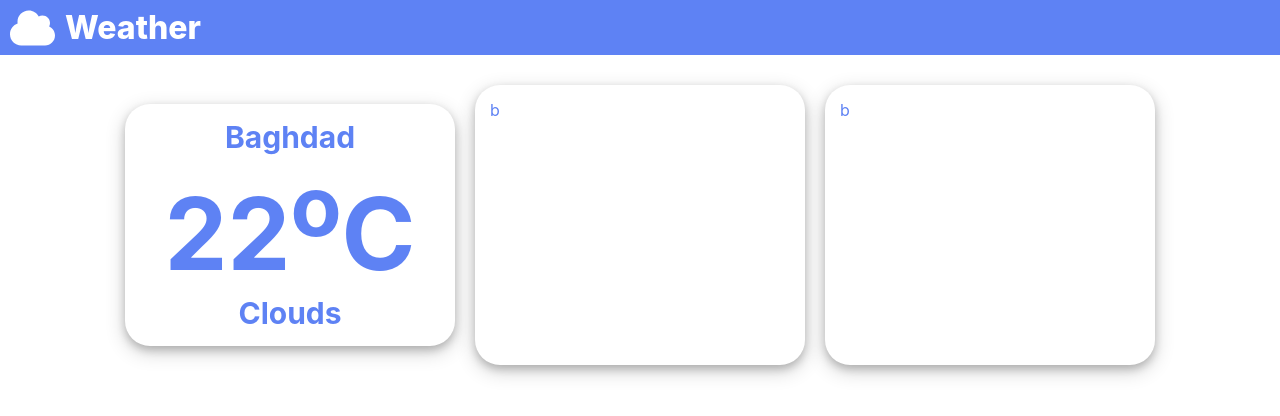
Repository: ahmedazawi/weather-app
Page: /
These files come from the project's save history. The page is drawn as it stood at one moment and after the next save; the edit follows.
The browser window is 1280 px wide. The pictures show the whole page.
The project was rebuilt for these pictures with package versions that can differ from the ones it lists, and the page was loaded fresh each time.

Above is the page before, as saved 2022-11-29 21:32:49.

### src/App.js
import "./App.css";
import Header from "./layout/Header";
import Details from "./components/Details";
function App() {
  return (
    <div className="App">
      <Header />
      <Details />
    </div>
  );
}

export default App;

### src/App.css
body {
  --primaryColor: #5e82f4;
  --borderRadius: 25px;
}

.nav {
  display: flex;
  align-items: center;
  height: 55px;
  background-color: var(--primaryColor);
}

### src/layout/Header.js
import React from "react";
import { FontAwesomeIcon } from "@fortawesome/react-fontawesome";
import { faCloud } from "@fortawesome/free-solid-svg-icons";
const Header = () => {
  return (
    <div className="nav">
      <div>
        <FontAwesomeIcon
          className="f-icon"
          icon={faCloud}
          color="White"
          style={{ marginLeft: "10px", fontSize: "40px" }}
        />
      </div>

      <h1 style={{ color: "white", marginLeft: "10px", fontWeight: "800" }}>
        Weather
      </h1>
    </div>
  );
};

export default Header;

### src/components/Details.js
import React from "react";
import "../assets/css/details.css";
const Details = () => {
  return (
    <div className="main">
      <div className="big-cards">
        <div>
          <div>Baghdad</div>
          <div
            style={{
              fontSize: "100px",
            }}
          >
            22<sup>o</sup>C
          </div>
          <div>Clouds</div>
        </div>
        <div>b</div>
        <div>b</div>
      </div>
    </div>
  );
};

export default Details;

### src/assets/css/details.css
.main {
  width: 100%;
  display: flex;
  flex-direction: column;
}

.big-cards {
  width: 100%;
  min-height: fit-content;
  display: flex;
  flex-direction: row;
  flex-wrap: wrap;
  gap: 20px;
  align-items: center;
  justify-content: center;
  margin-top: 30px;
  color: var(--primaryColor);
}
.big-cards > div {
  width: 300px;
  height: 250px;
  background-color: white;
  padding: 15px;
  border-radius: var(--borderRadius);
  box-shadow: 0 4px 8px 0 rgba(0, 0, 0, 0.2), 0 6px 20px 0 rgba(0, 0, 0, 0.19);
}
.big-cards > div:first-child {
  display: flex;
  flex-direction: column;
  align-items: center;
  height: 100%;
}
.big-cards > div:first-child > div {
  font-size: 30px;
  font-weight: bold;
}

Loaded but not shown: public/index.html (common file); src/index.js (common file); src/index.css (common file)

After the next save:
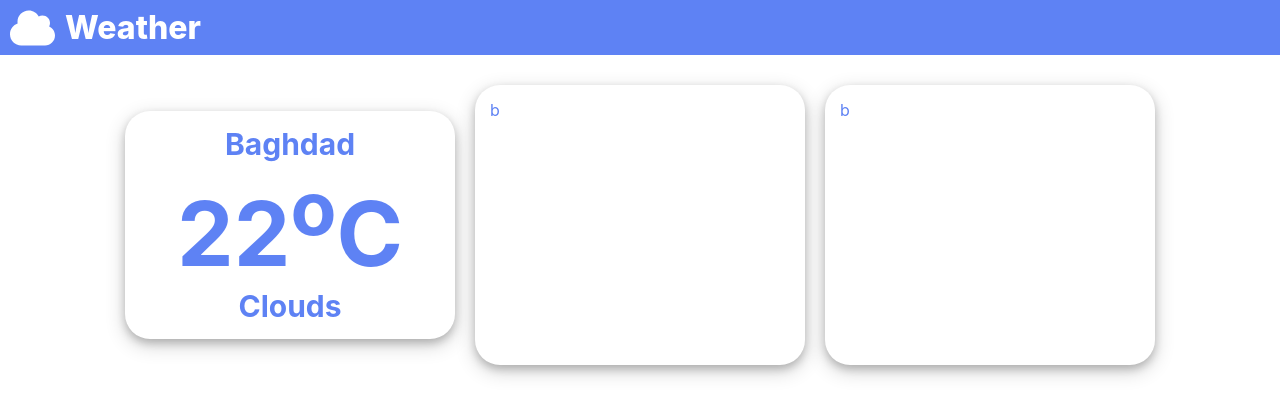
Saved 5 s later.
--- a/src/components/Details.js
+++ b/src/components/Details.js
@@ -8,7 +8,7 @@ const Details = () => {
           <div>Baghdad</div>
           <div
             style={{
-              fontSize: "100px",
+              fontSize: "90px",
             }}
           >
             22<sup>o</sup>C
